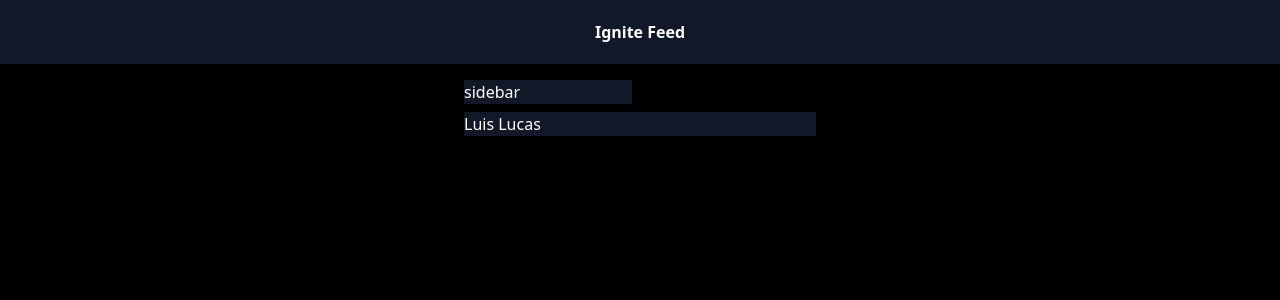
Repository: LuisSempre/ignite-feed
Page: /
The author's editor kept a copy of each file at every save. The page is drawn from the files as they stood at one save, then again after a run of saves.
The browser window is 1280 px wide. The pictures show the whole page.
The project was rebuilt for these pictures with package versions that can differ from the ones it lists, and the page was loaded fresh each time. Also part of the build but not shown: vite.config.js.

Above is the page before, as saved 2022-07-13 21:18:17.

After the next 2 saves:
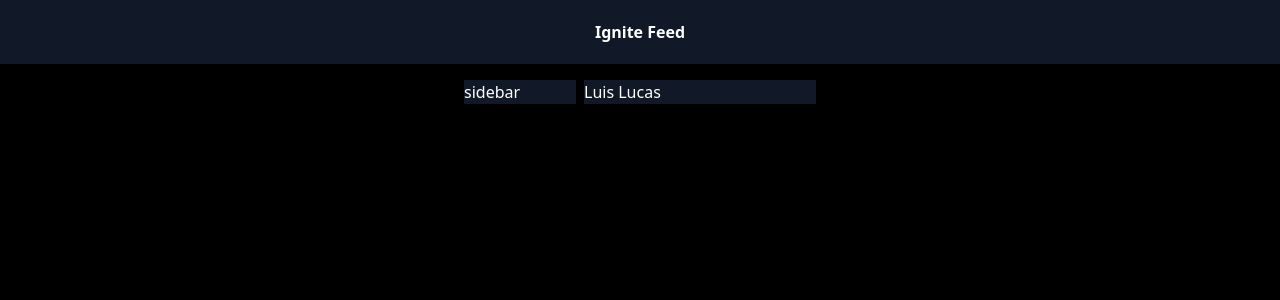
The 2 saves are shown as one change because they came seconds apart.
The last was saved 13 s later.
--- a/src/App.jsx
+++ b/src/App.jsx
@@ -3,11 +3,11 @@ function App() {
   return (
     <div>
       <Header />
-      <div className="max-w-sm mx-auto p-4 grid grid-cols-2 gap-2 items-start">
+      <div className="max-w-sm mx-auto p-4 grid grid-cols-3 gap-2 items-start">
         <div className="bg-gray-900">
           sidebar
         </div>
-        <div className="bg-gray-900 col-span-3">
+        <div className="bg-gray-900 col-span-2">
           Luis Lucas
         </div>
       </div>
